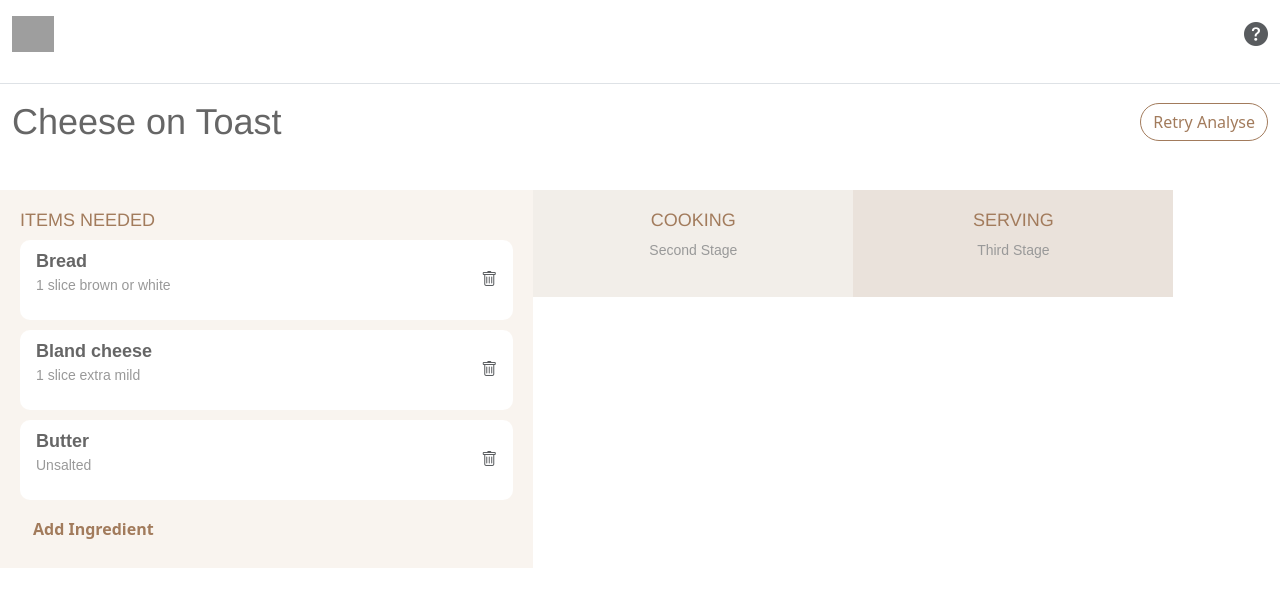
Repository: devashrisamani/SMC
Page: index.html
The author's editor kept a copy of each file at every save. The page is drawn from the files as they stood at one save, then again after the next save.
The browser window is 1280 px wide. The pictures show the whole page.
Pictures or frames that could not be fetched are drawn as grey boxes.

Above is the page before, as saved 2024-10-09 15:21:21.

### index.html
<!DOCTYPE html>
<html lang="en">
  <head>
    <meta charset="UTF-8" />
    <meta name="viewport" content="width=device-width, initial-scale=1.0" />
    <link
      href="https://cdn.jsdelivr.net/npm/bootstrap@5.3.0-alpha1/dist/css/bootstrap.min.css"
      rel="stylesheet"
    />
    <link
      href="https://cdn.jsdelivr.net/npm/bootstrap-icons/font/bootstrap-icons.css"
      rel="stylesheet"
    />
    <link rel="stylesheet" href="styles.css" />
    <title>Recipe Page</title>
  </head>
  <body>
    <!-- Header -->
    <header class="container-fluid border-bottom py-3">
      <div class="d-flex justify-content-between align-items-center">
        <!-- Logo -->
        <div>
          <img src="img/logomark.svg" alt="Logo" class="logo" />
        </div>

        <!-- Help Icon -->
        <div>
          <i class="bi bi-question-circle-fill fs-4 text-muted"></i>
        </div>
      </div>
    </header>

    <!-- Title and Retry Button -->
    <section class="container-fluid py-3">
      <div class="d-flex justify-content-between align-items-center">
        <!-- Title -->
        <h1 class="header-title">Cheese on Toast</h1>

        <!-- Retry Button -->
        <button class="btn btn-outline-primary retry-btn">Retry Analyse</button>
      </div>
    </section>

    <!-- Main Content -->
    <section class="container-fluid py-3">
      <div class="row">
        <!-- First Rectangle: Items Needed -->
        <div class="col-md-5 rectangle items-needed">
          <h4 class="items-title">ITEMS NEEDED</h4>

          <!-- Ingredients List -->
          <ul class="list-group ingredients-list">
            <li
              class="list-group-item d-flex justify-content-between align-items-center"
            >
              <div>
                <strong>Bread</strong>
                <p>1 slice brown or white</p>
              </div>
              <i class="bi bi-trash text-muted"></i>
            </li>
            <li
              class="list-group-item d-flex justify-content-between align-items-center"
            >
              <div>
                <strong>Bland cheese</strong>
                <p>1 slice extra mild</p>
              </div>
              <i class="bi bi-trash text-muted"></i>
            </li>
            <li
              class="list-group-item d-flex justify-content-between align-items-center"
            >
              <div>
                <strong>Butter</strong>
                <p>Unsalted</p>
              </div>
              <i class="bi bi-trash text-muted"></i>
            </li>
          </ul>

          <!-- Add Ingredient Button -->
          <button class="btn btn-link add-ingredient">Add Ingredient</button>
        </div>

        <!-- Second Rectangle: Cooking -->
        <div class="col-md-3 rectangle cooking">
          <h5>COOKING</h5>
          <p>Second Stage</p>
        </div>

        <!-- Third Rectangle: Serving -->
        <div class="col-md-3 rectangle serving">
          <h5>SERVING</h5>
          <p>Third Stage</p>
        </div>
      </div>
    </section>

    <script src="https://cdn.jsdelivr.net/npm/bootstrap@5.3.0-alpha1/dist/js/bootstrap.bundle.min.js"></script>
  </body>
</html>

### styles.css
/* Custom styles for the header */
.logo {
  width: 42px;
  height: 36px;
}

.bi-question-circle-fill {
  color: #a27b5c;
}

.border-bottom {
  border-color: #eee;
}

/* Title Section */
.header-title {
  font-family: "Calistoga-Regular", Helvetica, sans-serif;
  color: #666666;
  font-size: 36px;
  margin: 0;
}

.retry-btn {
  border-color: #a27b5c;
  color: #a27b5c;
  border-radius: 20px;
}

.retry-btn:hover {
  background-color: #a27b5c;
  color: #fff;
}

/* Styling for the three rectangles */

.rectangle {
  background-color: #f7f3ef;
  padding: 20px;
  height: 100%;
  margin-bottom: 10px;
}

.items-needed {
  background-color: #f9f4ef;
}

.cooking {
  background-color: #f2eee9;
  text-align: center;
}

.serving {
  background-color: #eae2db;
  text-align: center;
}

/* Title and Text Styles */
/* Styling for the Add Ingredient section */
.items-title {
  font-family: "Calistoga-Regular", Helvetica, sans-serif;
  color: #a27b5c;
  font-size: 18px;
}

.add-ingredient {
  color: #a27b5c;
  font-weight: bold;
  text-decoration: none;
  margin-right: 20px; /* Add margin if necessary to align perfectly */
}

.d-flex {
  display: flex;
  justify-content: space-between;
  align-items: center;
  margin-bottom: 15px;
}

.ingredients-list .list-group-item {
  border: none;
  border-radius: 10px;
  background-color: #fff;
  margin-bottom: 10px;
  font-family: "DM Sans", sans-serif;
}

.ingredients-list .list-group-item strong {
  font-size: 18px;
  color: #666666;
}

.ingredients-list .list-group-item p {
  font-size: 14px;
  color: #999999;
}

.add-ingredient {
  color: #a27b5c;
  font-weight: bold;
  text-decoration: none;
}

.cooking h5,
.serving h5 {
  font-family: "Calistoga-Regular", Helvetica, sans-serif;
  font-size: 18px;
  color: #a27b5c;
}

.cooking p,
.serving p {
  font-family: "DM Sans", sans-serif;
  font-size: 14px;
  color: #999999;
}

After the next save:
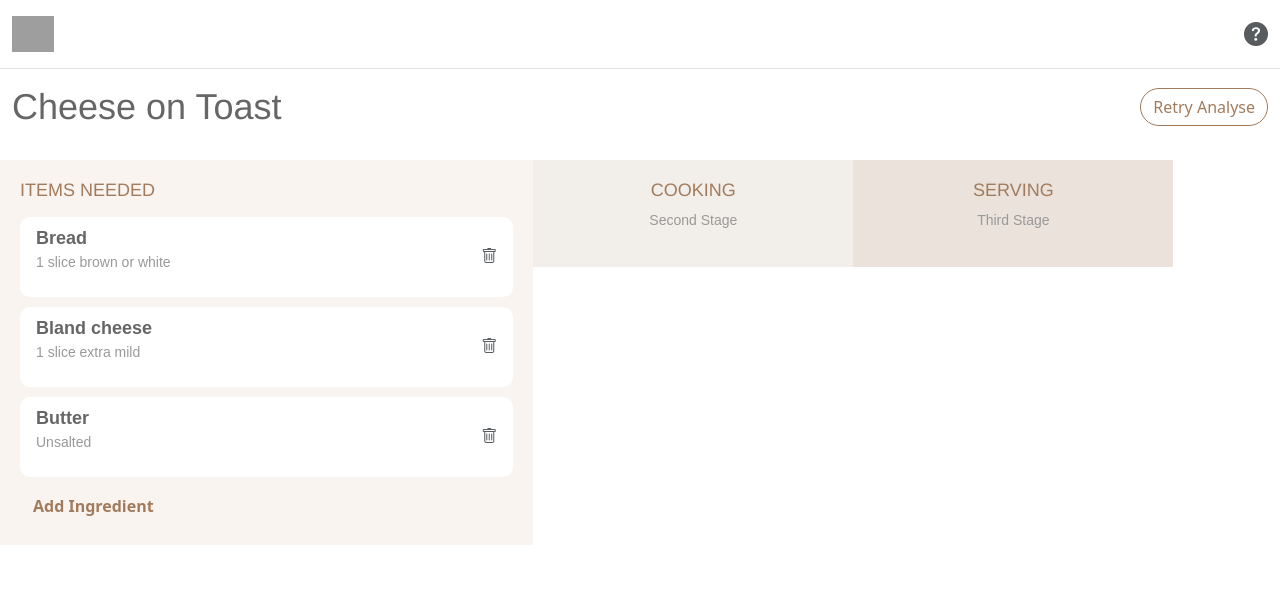
Saved 5 s later.
--- a/styles.css
+++ b/styles.css
@@ -55,24 +55,10 @@
 }
 
 /* Title and Text Styles */
-/* Styling for the Add Ingredient section */
 .items-title {
   font-family: "Calistoga-Regular", Helvetica, sans-serif;
   color: #a27b5c;
   font-size: 18px;
-}
-
-.add-ingredient {
-  color: #a27b5c;
-  font-weight: bold;
-  text-decoration: none;
-  margin-right: 20px; /* Add margin if necessary to align perfectly */
-}
-
-.d-flex {
-  display: flex;
-  justify-content: space-between;
-  align-items: center;
   margin-bottom: 15px;
 }
 
